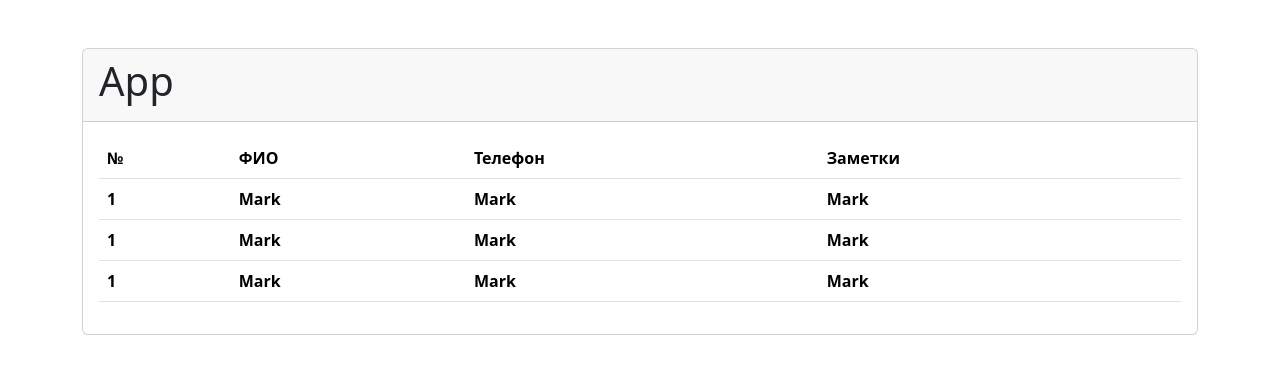
Repository: tatacheba/appstepikjavareact
Page: / (app in client/)
The author's editor kept a copy of each file at every save. The page is drawn from the files as they stood at one save, then again after the next save.
The browser window is 1280 px wide. The pictures show the whole page.
The project was rebuilt for these pictures with package versions that can differ from the ones it lists, and the page was loaded fresh each time. Also part of the build but not shown: client/src/App.css.

Above is the page before, as saved 2024-11-25 10:56:44.

### client/public/index.html
<!DOCTYPE html>
<html lang="en">
    <head>
        <meta charset="utf-8" />
        <link rel="icon" href="%PUBLIC_URL%/favicon.ico" />
        <meta name="viewport" content="width=device-width, initial-scale=1" />
        <meta name="theme-color" content="#000000" />
        <meta
            name="description"
            content="Web site created using create-react-app"
        />
        <link rel="apple-touch-icon" href="%PUBLIC_URL%/logo192.png" />
        <link
            href="https://cdn.jsdelivr.net/npm/bootstrap@5.3.3/dist/css/bootstrap.min.css"
            rel="stylesheet"
            integrity="sha384-QWTKZyjpPEjISv5WaRU9OFeRpok6YctnYmDr5pNlyT2bRjXh0JMhjY6hW+ALEwIH"
            crossorigin="anonymous"
        />
        <!--
      manifest.json provides metadata used when your web app is installed on a
      user's mobile device or desktop. See https://developers.google.com/web/fundamentals/web-app-manifest/
    -->
        <link rel="manifest" href="%PUBLIC_URL%/manifest.json" />

        <title>App of Stepik</title>
    </head>
    <body>
        <div id="root"></div>
        <script
            src="https://cdn.jsdelivr.net/npm/bootstrap@5.3.3/dist/js/bootstrap.bundle.min.js"
            integrity="sha384-YvpcrYf0tY3lHB60NNkmXc5s9fDVZLESaAA55NDzOxhy9GkcIdslK1eN7N6jIeHz"
            crossorigin="anonymous"
        ></script>
    </body>
</html>

### client/src/index.js
import React from "react";
import ReactDOM from "react-dom/client";
import "./index.css";
import App from "./App";
import "bootstrap/dist/css/bootstrap.min.css";
import "bootstrap/dist/js/bootstrap.bundle.min.js";

const root = ReactDOM.createRoot(document.getElementById("root"));
root.render(
    <React.StrictMode>
        <App />
    </React.StrictMode>
);

### client/src/App.js
import "./App.css";
import TablewView from "./layouts/tableView/TablewView";

function App() {
    return (
        <div className="container mt-5">
            <div className=" card">
                <div className="card-header">
                    <h1>App</h1>
                </div>
                <div className="card-body">
                    <TablewView />
                </div>
            </div>
        </div>
    );
}

export default App;

### client/src/layouts/tableView/TablewView.js
import React, { Component } from "react";

export default class TablewView extends Component {
    render() {
        return (
            <table className="table table-hover">
                <thead>
                    <tr>
                        <th scope="col">№</th>
                        <th scope="col">ФИО</th>
                        <th scope="col">Телефон</th>
                        <th scope="col">Заметки</th>
                    </tr>
                </thead>
                <tbody>
                    <tr>
                        <th scope="row">1</th>
                        <th>Mark</th>
                        <th>Mark</th>
                        <th>Mark</th>
                    </tr>
                    <tr>
                        <th scope="row">1</th>
                        <th>Mark</th>
                        <th>Mark</th>
                        <th>Mark</th>
                    </tr>
                    <tr>
                        <th scope="row">1</th>
                        <th>Mark</th>
                        <th>Mark</th>
                        <th>Mark</th>
                    </tr>
                </tbody>
            </table>
        );
    }
}

### client/src/layouts/tableView/TableRowItem.js
import React, { Component } from "react";

class TableRowItem extends Component {
    constructor(props) {
        super(props);
        this.state = {};
    }

    render() {
        return (
            <div>
                <tr>
                    <th scope="row">1</th>
                    <th>Mark</th>
                    <th>Mark</th>
                    <th>Mark</th>
                </tr>
            </div>
        );
    }
}

TableRowItem.propTypes = {};

export default TableRowItem;

Loaded but not shown: client/src/index.css (common file)

After the next save:
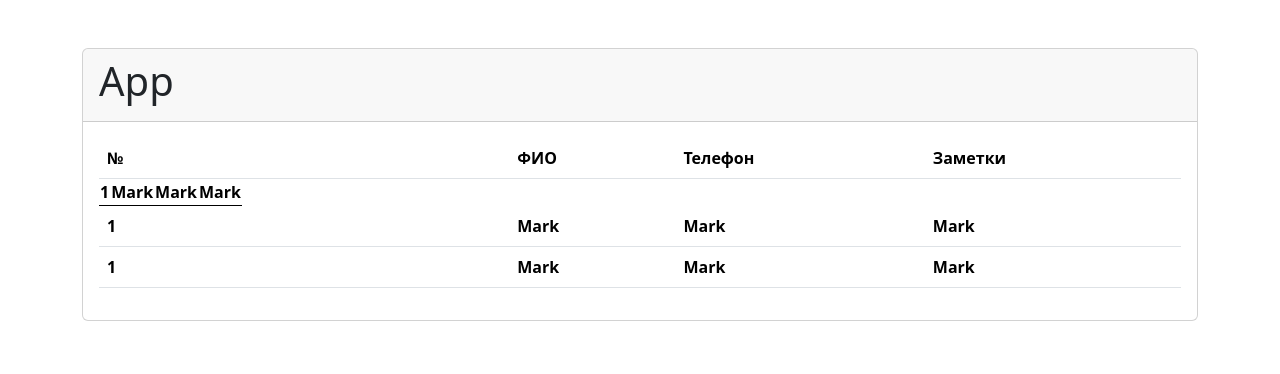
Saved 32 s later.
--- a/client/src/layouts/tableView/TablewView.js
+++ b/client/src/layouts/tableView/TablewView.js
@@ -1,4 +1,5 @@
 import React, { Component } from "react";
+import TableRowItem from "./TableRowItem";
 
 export default class TablewView extends Component {
     render() {
@@ -13,12 +14,7 @@ export default class TablewView extends Component {
                     </tr>
                 </thead>
                 <tbody>
-                    <tr>
-                        <th scope="row">1</th>
-                        <th>Mark</th>
-                        <th>Mark</th>
-                        <th>Mark</th>
-                    </tr>
+                    <TableRowItem />
                     <tr>
                         <th scope="row">1</th>
                         <th>Mark</th>

After the save that followed:
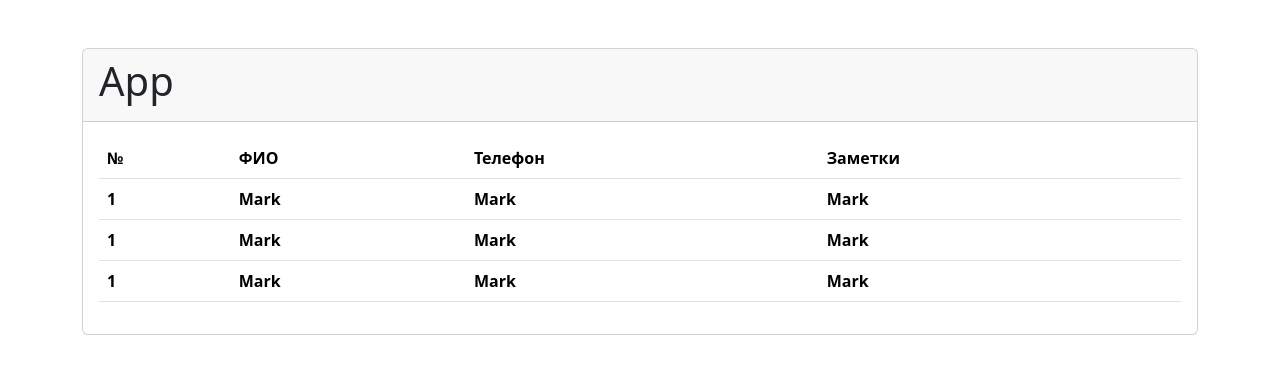
Saved 20 s later.
--- a/client/src/layouts/tableView/TableRowItem.js
+++ b/client/src/layouts/tableView/TableRowItem.js
@@ -8,14 +8,12 @@ class TableRowItem extends Component {
 
     render() {
         return (
-            <div>
-                <tr>
-                    <th scope="row">1</th>
-                    <th>Mark</th>
-                    <th>Mark</th>
-                    <th>Mark</th>
-                </tr>
-            </div>
+            <tr>
+                <th scope="row">1</th>
+                <th>Mark</th>
+                <th>Mark</th>
+                <th>Mark</th>
+            </tr>
         );
     }
 }
